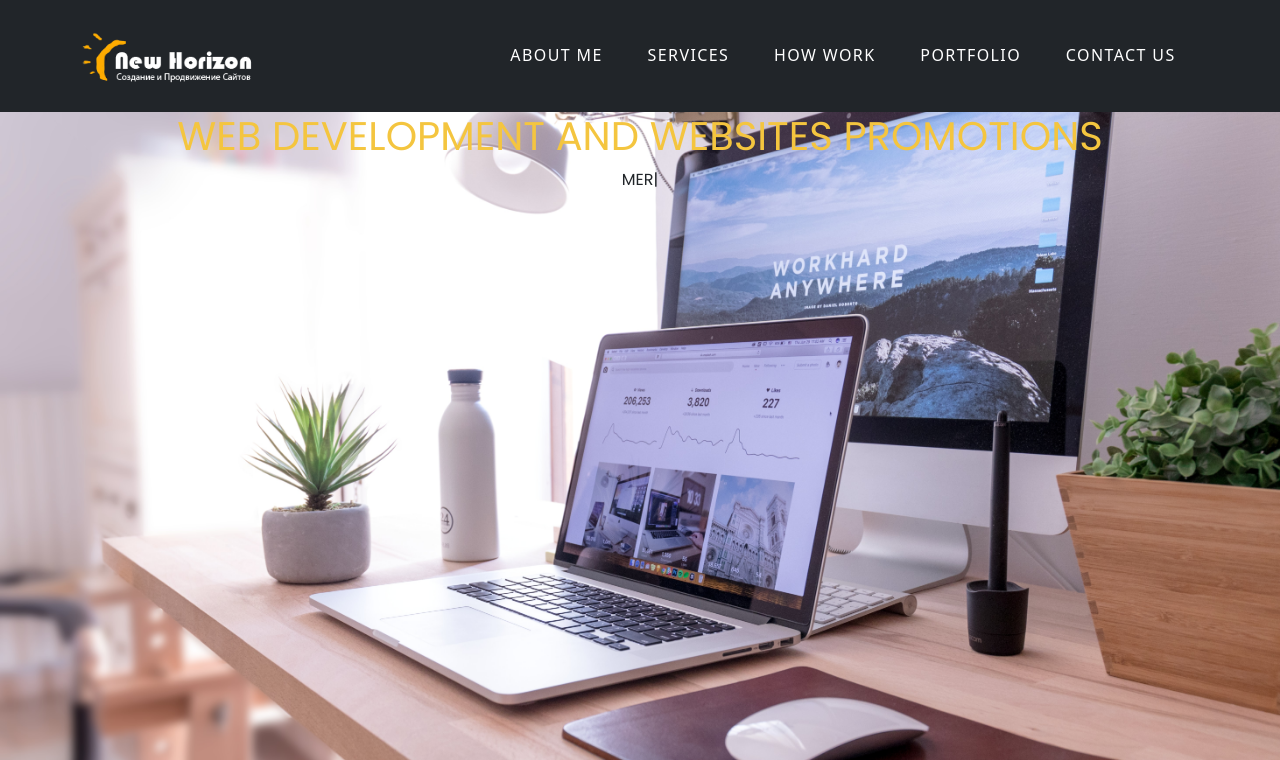
Repository: ahmedibrahimhassan654/React-Bootstrap-5
Page: /
The author's editor kept a copy of each file at every save. The page is drawn from the files as they stood at one save, then again after the next save.
The browser window is 1280 px wide. The pictures show the whole page.
The project was rebuilt for these pictures with package versions that can differ from the ones it lists, and the page was loaded fresh each time.

Above is the page before, as saved 2021-11-25 06:48:46.

After the next save:
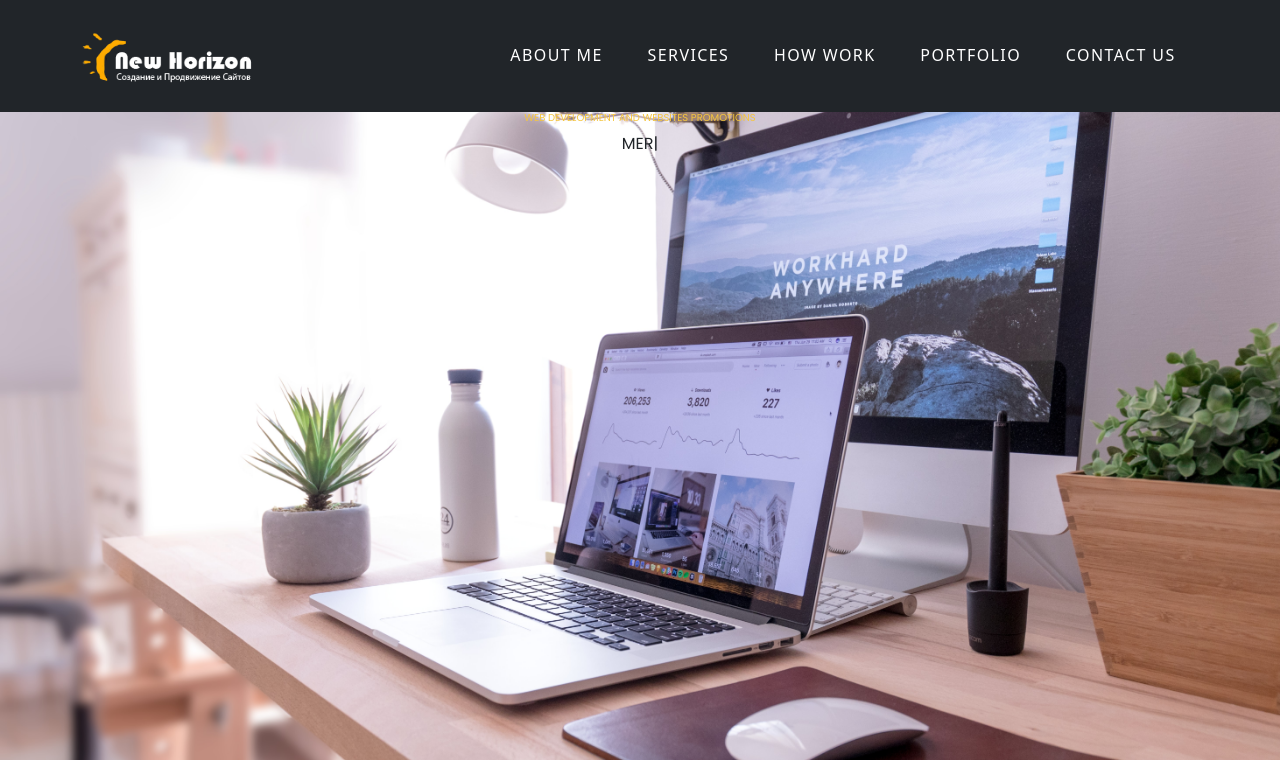
Saved 7 s later.
--- a/src/App.css
+++ b/src/App.css
@@ -64,5 +64,5 @@ nav ul li {
   color: var(--primary-orage);
   text-transform: uppercase;
   font-weight: 1.25rem;
-  font-size: ;
+  font-size: 10px;
 }
